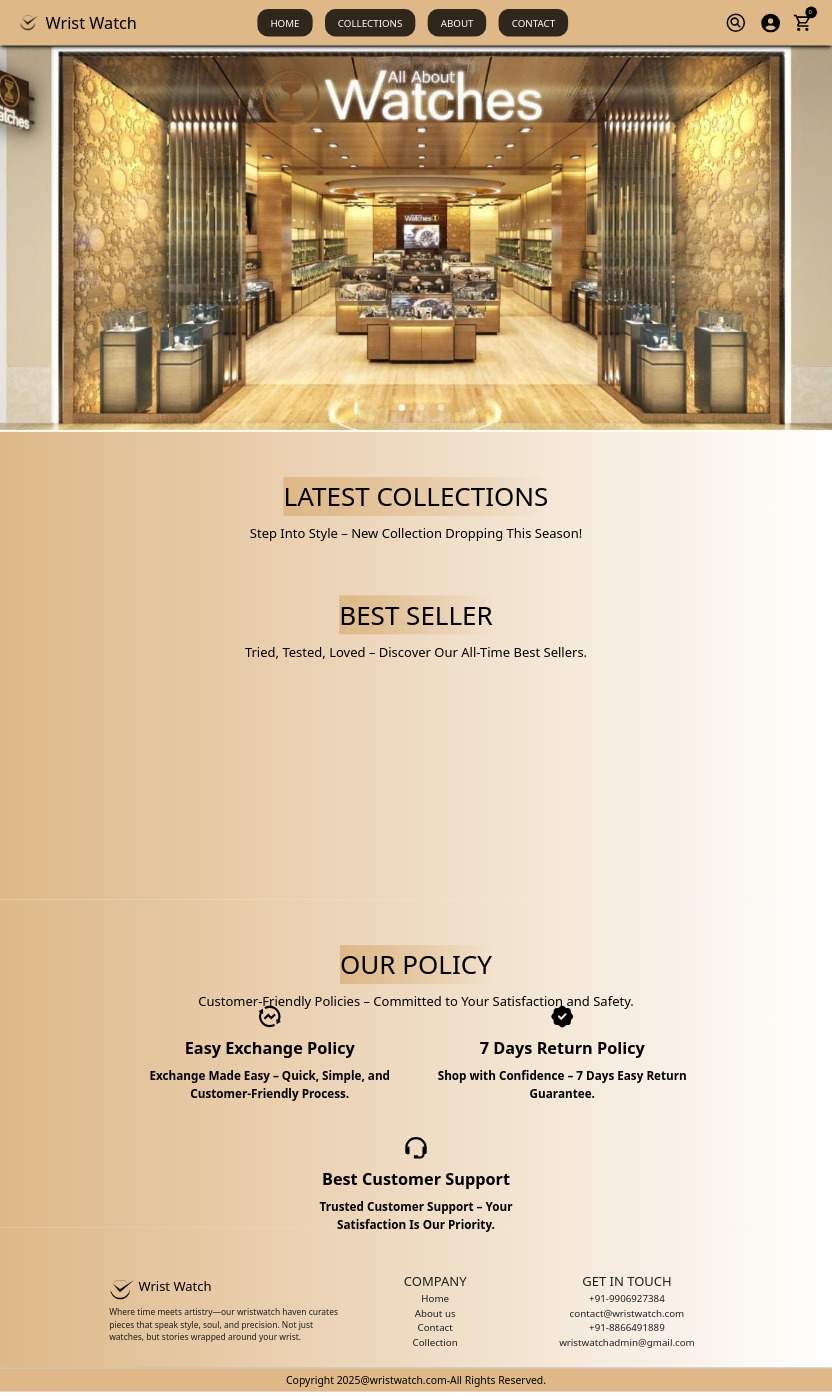
Repository: mansibhanushali/online_watch_ecommerce_mernstack_webapplication
Page: / (app in frontend/)
These files come from the project's save history. The page is drawn as it stood at one moment and after the next save; the edit follows.
The browser window is 1280 px wide. The pictures show the whole page, at 65% of full size.
The page's requests for data from a server got no answer. The project was rebuilt for these pictures with package versions that can differ from the ones it lists, and the page was loaded fresh each time. No one was signed in, and anything a server would have sent is missing. Also part of the build but not shown: frontend/vite.config.js, frontend/src/component/Loading.jsx, frontend/src/pages/Registration.jsx, frontend/src/component/Card.jsx, frontend/src/pages/Login.jsx, frontend/src/pages/About.jsx, frontend/src/pages/Collections.jsx, frontend/src/pages/Contact.jsx and 6 more.

Above is the page before, as saved 2025-08-16 19:44:39.

### frontend/index.html
<!doctype html>
<html lang="en">
  <head>
    <meta charset="UTF-8" />
    <link rel="icon" type="image/svg+xml" href="\logo1.png" />
    <meta name="viewport" content="width=device-width, initial-scale=1.0" />
    <title>Wristwatch</title>
  </head>
  <body>
    <div id="root"></div>
    <script type="module" src="/src/main.jsx"></script>
  </body>
</html>

### frontend/src/main.jsx
// src/main.jsx
import React from 'react';
import { createRoot } from 'react-dom/client';
import { BrowserRouter } from 'react-router-dom';
import './index.css';

import App from './App.jsx';
import AuthContext from './context/authContext.jsx';
import UserContextProvider from './context/UserContext.jsx';
import ShopContext from './context/ShopContext.jsx';

createRoot(document.getElementById('root')).render(
  <React.StrictMode>
    <BrowserRouter>
      <AuthContext>
        <UserContextProvider>
          <ShopContext>
            <App />
          </ShopContext>
        </UserContextProvider>
      </AuthContext>
    </BrowserRouter>
  </React.StrictMode>
);

### frontend/src/index.css
@import "tailwindcss";

body {
  @apply bg-white min-h-screen;
}

### frontend/src/App.jsx
import React, { useContext } from 'react';
import { Navigate, Route, Routes, useLocation } from 'react-router-dom';
import Registration from './pages/Registration';
import Home from './pages/Home';
import Login from './pages/Login';
import Nav from './component/Nav';
import { userDataContext } from './context/UserContext';
import About from './pages/About';
import Collections from './pages/Collections';
import Product from './pages/Product';
import Contact from './pages/Contact';
import ProductDetail from './pages/ProductDetail';
import Cart from './pages/Cart';
import PlaceOrder from './pages/PlaceOrder';
import Order from './pages/Order';
import { ToastContainer } from 'react-toastify';
import NotFound from './pages/NotFound';

function App() {
  const { userData } = useContext(userDataContext);
  const location = useLocation();

  // Protected route wrapper
  const ProtectedRoute = (Component) => {
    return userData ? (
      Component
    ) : (
      <Navigate to="/login" state={{ from: location.pathname }} />
    );
  };

  return (
    <>
      <ToastContainer />
      <Nav />
      <Routes>
        {/* Public Routes */}
        <Route path="/" element={<Home />} />
        <Route path="/about" element={<About />} />
        <Route path="/collection" element={<Collections />} />
        <Route path="/collection/:category" element={<Collections />} />
        <Route path="/product" element={<Product />} />
        <Route path="/contact" element={<Contact />} />

        {/* Auth Routes */}
        <Route
          path="/login"
          element={
            userData ? (
              <Navigate to={location.state?.from || '/'} />
            ) : (
              <Login />
            )
          }
        />
        <Route
          path="/signup"
          element={
            userData ? (
              <Navigate to={location.state?.from || '/'} />
            ) : (
              <Registration />
            )
          }
        />

        {/* Protected Routes */}
        <Route
          path="/productdetail/:productId"
          element={ProtectedRoute(<ProductDetail />)}
        />
        <Route path="/cart" element={ProtectedRoute(<Cart />)} />
        <Route path="/placeorder" element={ProtectedRoute(<PlaceOrder />)} />
        <Route path="/order" element={ProtectedRoute(<Order />)} />

        {/* 404 Fallback */}
        <Route path="*" element={<NotFound />} />
      </Routes>
    </>
  );
}

export default App;

### frontend/src/context/AuthContext.jsx
// src/context/AuthContext.jsx
import React, { createContext, useReducer, useEffect } from "react";
import axios from "axios";

const initialState = {
  user: null,
  token: null,
  isAuthenticated: false,
};

function reducer(state, action) {
  switch (action.type) {
    case "LOGIN":
      return {
        ...state,
        user: action.payload.user,
        token: action.payload.token,
        isAuthenticated: true,
      };
    case "LOGOUT":
      return initialState;
    default:
      return state;
  }
}

export const authDataContext = createContext();

function AuthContext({ children }) {
  const serverUrl = "http://localhost:8000";

  const [state, dispatch] = useReducer(reducer, initialState, () => {
    const token = localStorage.getItem("token");
    const user = localStorage.getItem("user");
    return token && user
      ? { token, user: JSON.parse(user), isAuthenticated: true }
      : initialState;
  });

  // axios defaults setup (runs whenever token changes)
  useEffect(() => {
    axios.defaults.baseURL = serverUrl;
    axios.defaults.withCredentials = true;

    if (state.token) {
      axios.defaults.headers.common["Authorization"] = `Bearer ${state.token}`;
      localStorage.setItem("token", state.token);
      localStorage.setItem("user", JSON.stringify(state.user));
    } else {
      delete axios.defaults.headers.common["Authorization"];
      localStorage.removeItem("token");
      localStorage.removeItem("user");
    }
  }, [state.token, state.user]);

  // Fetch current user from backend
  const fetchCurrentUser = async (token) => {
    try {
      const res = await axios.get("/api/user/getcurrentuser", {
        headers: { Authorization: `Bearer ${token}` }
      });
      return res.data;
    } catch (err) {
      console.error("Fetch current user error:", err.response?.data || err.message);
      return null;
    }
  };

  // Login and fetch user
  const login = async ({ token }) => {
    const user = await fetchCurrentUser(token);
    if (user) {
      dispatch({ type: "LOGIN", payload: { token, user } });
    }
  };

  const logout = () => dispatch({ type: "LOGOUT" });

  // Auto login when page refreshes
  useEffect(() => {
    const autoLogin = async () => {
      if (state.token && !state.user) {
        const user = await fetchCurrentUser(state.token);
        if (user) {
          dispatch({ type: "LOGIN", payload: { token: state.token, user } });
        }
      }
    };
    autoLogin();
  }, []);

  return (
    <authDataContext.Provider value={{ serverUrl, ...state, login, logout }}>
      {children}
    </authDataContext.Provider>
  );
}

export default AuthContext;

### frontend/src/context/UserContext.jsx
// src/context/UserContext.jsx
import React, { createContext, useContext, useEffect, useState } from 'react';
import { authDataContext } from './AuthContext';
import axios from 'axios';

export const userDataContext = createContext();

function UserContextProvider({ children }) {
  const [userData, setUserData] = useState(null);
  const { serverUrl } = useContext(authDataContext);

  const getCurrentUser = async () => {
    try {
      // ✅ Cookie-based request
      const result = await axios.get(`${serverUrl}/api/user/getcurrentuser`, {
        withCredentials: true, // Cookie automatically send होगी
      });

      if (result.data?.success) {
        setUserData(result.data.user);
      } else {
        setUserData(null);
      }
    } catch (error) {
      setUserData(null);
      console.error("getCurrentUser error:", error);
    }
  };

  // 🔹 Page load pe call
  useEffect(() => {
    getCurrentUser();
  }, []);

  return (
    <userDataContext.Provider value={{ userData, setUserData, getCurrentUser }}>
      {children}
    </userDataContext.Provider>
  );
}

export default UserContextProvider;

### frontend/src/context/ShopContext.jsx
import React, { createContext, useContext, useEffect, useState, useCallback } from 'react';
import { authDataContext } from './authContext';
import { userDataContext } from './UserContext';
import axios from 'axios';
import { toast } from 'react-toastify';

export const shopDataContext = createContext();

function ShopContextProvider({ children }) {
  const [products, setProducts] = useState([]);
  const [search, setSearch] = useState('');
  const { userData } = useContext(userDataContext);
  const [showSearch, setShowSearch] = useState(false);
  const { serverUrl } = useContext(authDataContext);
  const [cartItem, setCartItem] = useState({});
  const [loading, setLoading] = useState(false);
  const [token, setToken] = useState(localStorage.getItem("token") || "");

  const currency = '₹';
  const delivery_fee = 40;

  // token sync
  useEffect(() => {
    const savedToken = localStorage.getItem("token");
    if (savedToken) {
      setToken(savedToken);
    }
  }, []);

  // ✅ Get products
  const getProducts = useCallback(async () => {
    if (!serverUrl) return;
    try {
      const result = await axios.get(`${serverUrl}/api/product/list`);
      setProducts(result.data);
    } catch (error) {
      console.error("Get Products Error:", error);
    }
  }, [serverUrl]);

  // ✅ Add to cart
  const addtoCart = async (itemId) => {
    let cartData = structuredClone(cartItem);
    cartData[itemId] = (cartData[itemId] || 0) + 1;
    setCartItem(cartData);

    if (userData && token) {
      setLoading(true);
      try {
        await axios.post(
          `${serverUrl}/api/cart/add`,
          { itemId },
          {
            headers: { Authorization: `Bearer ${token}` },
            withCredentials: true
          }
        );
      } catch (error) {
        console.error(error);
        toast.error("Add Cart Error");
      } finally {
        setLoading(false);
      }
    }
  };

  // ✅ Get user cart
  const getUserCart = useCallback(async () => {
    if (!token || !serverUrl) return;
    try {
      const result = await axios.post(
        `${serverUrl}/api/cart/get`,
        {},
        {
          headers: { Authorization: `Bearer ${token}` },
          withCredentials: true
        }
      );
      setCartItem(result.data || {});
    } catch (error) {
      console.error("Get User Cart Error:", error);
    }
  }, [serverUrl, token]);

  // ✅ Update cart item quantity
  const updateQuantity = async (itemId, quantity) => {
    let cartData = structuredClone(cartItem);
    cartData[itemId] = quantity;
    setCartItem(cartData);

    if (userData && token) {
      try {
        await axios.post(
          `${serverUrl}/api/cart/update`,
          { itemId, quantity },
          {
            headers: { Authorization: `Bearer ${token}` },
            withCredentials: true
          }
        );
      } catch (error) {
        console.error(error);
      }
    }
  };

  // ✅ Total cart items count
  const getCartCount = () => {
    return Object.values(cartItem).reduce((acc, qty) => acc + qty, 0);
  };

  // ✅ Total cart amount
  const getCartAmount = () => {
    let totalAmount = 0;
    for (const itemId in cartItem) {
      let itemInfo = products.find((product) => product._id === itemId);
      if (itemInfo && cartItem[itemId] > 0) {
        totalAmount += itemInfo.price * cartItem[itemId];
      }
    }
    return totalAmount;
  };

  // Fetch products and cart
  useEffect(() => {
    getProducts();
  }, [getProducts]);

  useEffect(() => {
    getUserCart();
  }, [getUserCart]);

  let value = {
    products,
    currency,
    delivery_fee,
    getProducts,
    search,
    setSearch,
    showSearch,
    setShowSearch,
    cartItem,
    addtoCart,
    getCartCount,
    setCartItem,
    updateQuantity,
    getCartAmount,
    loading,
    serverUrl,
    setToken,
    token
  };

  return (
    <shopDataContext.Provider value={value}>
      {children}
    </shopDataContext.Provider>
  );
}

export default ShopContextProvider;

### frontend/src/pages/Home.jsx
import React, { useState, useEffect } from 'react'
import Backgound from '../component/Backgound'
import Product from './Product'
import OurPolicy from '../component/OurPolicy'
import Footer from '../component/Footer'

function Home() {
  let [heroCount, setHeroCount] = useState(0)

  useEffect(() => {
    let interval = setInterval(() => {
      setHeroCount(prevCount => (prevCount === 3 ? 0 : prevCount + 1))
    }, 3000)
    return () => clearInterval(interval)
  }, [])

  return (
    <div className="overflow-x-hidden relative top-[70px]">
      <div className="w-[100vw] lg:h-[55vh] md:h-[50vh] sm:h-[30vh] bg-gradient-to-l from-[burlwood] to-[burlywood]">
        <Backgound heroCount={heroCount} />
      </div>
      <Product />
      <OurPolicy />
      <Footer />
    </div>
  )
}

export default Home

### frontend/src/pages/Product.jsx
import React from 'react'
import LatestCollection from '../component/LatestCollection'
import BestSeller from '../component/BestSeller'

function Product() {
  return (
    <div className='w-[100vw] min-h-[100vh] bg-gradient-to-l from-[burlwood] to-[burlywood] flex items-center justify-start flex-col py-[20px]'>

        <div className='w-[100%] min-h-[70px] flex items-center justify-center gap-[10px]  flex-col '>
            <LatestCollection/>
        </div>
        <div className='w-[100%] min-h-[70px] flex items-center justify-center gap-[10px]  flex-col '>
            <BestSeller/>
        </div>

    </div>
  )
}

export default Product

### frontend/src/component/Backgound.jsx
import React from 'react'
import back1 from "../assets/back1.jpg"

function Background() {
  return (
    <img
      src={back1}
      alt="background"
      className="w-[100%] h-[150%] float-left overflow-auto object-cover"
    />
  )
}

export default Background

### frontend/src/component/OurPolicy.jsx
import React from 'react'
import Title from './Title'
import { RiExchangeFundsLine } from "react-icons/ri";
import { TbRosetteDiscountCheckFilled } from "react-icons/tb";
import { BiSupport } from "react-icons/bi";

function OurPolicy() {
  return (
    <div className='w-[100vw] h-[100vh] md:h-[70vh] flex items-center justify-start flex-col  bg-gradient-to-l from-[burlwood] to-[burlywood] gap-[50px] '>
        <div className='h-[8%] w-[100%] text-center mt-[70px] '>
            <Title text1={<span className='text-[black]'>OUR</span>} text2={<span className='text-[black]'>POLICY</span>}/>
            <p className='w-[100%] m-auto text-[13px] md:text-[20px] px-[10px] text-black '>Customer-Friendly Policies – Committed to Your Satisfaction and Safety.</p>
        </div>
      <div className='w-[100%] md:min-h-[50%] h-[20%] flex items-center justify-center flex-wrap lg:gap-[50px] gap-[80px]'>
        <div className='w-[400px] max-w-[90%] h-[60%] flex items-center justify-center flex-col gap-[10px] '>
        <RiExchangeFundsLine  className='md:w-[60px] w-[30px] h-[30px] md:h-[60px] text-[black]'/>
        <p className='font-semibold md:text-[25px] text-[19px] text-[black]'>Easy Exchange Policy</p>
        <p className='font-semibold md:text-[18px] text-[12px] text-[black] text-center'>Exchange Made Easy – Quick, Simple, and Customer-Friendly Process.</p>

        </div>
        <div className='w-[400px] max-w-[90%] h-[60%] flex items-center justify-center flex-col gap-[10px] '>
        <TbRosetteDiscountCheckFilled  className='md:w-[60px] w-[30px] h-[30px] md:h-[60px] text-[black]'/>
        <p className='font-semibold md:text-[25px] text-[19px] text-[black]'>7 Days Return Policy</p>
        <p className='font-semibold md:text-[18px] text-[12px] text-[black] text-center'>Shop with Confidence – 7 Days Easy Return Guarantee.</p>

        </div>
        <div className='w-[400px] max-w-[90%] h-[60%] flex items-center justify-center flex-col gap-[10px] '>
        <BiSupport  className='md:w-[60px] w-[30px] h-[30px] md:h-[60px] text-[black]'/>
        <p className='font-semibold md:text-[25px] text-[19px] text-[black]'>Best Customer Support</p>
        <p className='font-semibold md:text-[18px] text-[12px] text-[black] text-center'>Trusted Customer Support – Your Satisfaction Is Our Priority.</p>

        </div>
      </div>
    </div>
  )
}

export default OurPolicy

### frontend/src/component/Footer.jsx
import React from 'react'
import logo from "../assets/logo.png"
function Footer() {
  return (
    <div className='w-[100%] md:h-[36vh] h-[21vh] mb-[77px] md:mb-[0px]'>
        <div className='w-[100%] md:h-[30vh] h-[15vh]  md:mb-[0px] bg-gradient-to-l from-[burlwood] to-[burlywood] flex items-center justify-center md:px-[50px] px-[5px]'>
            <div className='md:w-[30%] w-[35%] h-[100%] flex items-start justify-center flex-col gap-[5px]  '>
                <div className='flex items-start justify-start gap-[5px] mt-[10px] md:mt-[40px]'>
                    <img src={logo} alt=""  className='md:w-[40px] md:h-[40px] w-[30px] h-[30px]'/>
                    <p className='text-[19px] md:text-[20px] text-[black] '>Wrist Watch</p>

                </div>
                <p className='text-[13px] text-[#1e2223] hidden md:block'>Where time meets artistry—our wristwatch haven curates pieces that speak style, soul, and precision. Not just watches, but stories wrapped around your wrist.</p>
                    <p className='text-[15px] text-[#1e2223] flex md:hidden'>Fast Easy Reliable</p>


            </div>
            <div className='md:w-[25%] w-[30%] h-[100%] flex items-center justify-center flex-col text-center'>
                    <div className='flex items-center justify-center gap-[5px] mt-[10px] md:mt-[40px]'>
                        <p className='text-[19px] md:text-[20px] text-[#1e2223] font-sans '>COMPANY</p>

                    </div>
                    <ul>
                         <li className='text-[15px] text-[#1e2223] hidden md:block cursor-pointer'>Home</li>
                        <li className='text-[15px] text-[#1e2223] cursor-pointer '>About us</li>
                        <li className='text-[15px] text-[#1e2223] cursor-pointer '>Contact</li>
                        <li className='text-[15px] text-[#1e2223] cursor-pointer '>Collection</li>
                    </ul>
                </div>

                <div className='md:w-[25%] w-[40%]  h-[100%] flex items-center justify-center flex-col text-center '>
                     <div className='flex items-center justify-center gap-[5px] mt-[10px] md:mt-[40px]'>
                        <p className='text-[19px] md:text-[20px] text-[#1e2223] font-sans '>GET IN TOUCH</p>

                    </div>
                     <ul>
                         <li className='text-[15px] text-[#1e2223] '>+91-9906927384</li>
                        <li className='text-[15px] text-[#1e2223] '>contact@wristwatch.com</li>
                        <li className='text-[15px] text-[#1e2223] hidden md:block'>+91-8866491889</li>
                        <li className='text-[15px] text-[#1e2223] hidden md:block'>wristwatchadmin@gmail.com</li>
                    </ul>
                </div>

        </div>
        <div className='w-[100%] h-[1px] bg-slate-400'></div>
        <div className='w-[100%] h-[5vh] bg-[burlywood] flex items-center justify-center'>Copyright 2025@wristwatch.com-All Rights Reserved.</div>

    </div>
  )
}

export default Footer

### frontend/src/component/Title.jsx
import React from 'react'

function Title({text1 ,text2}) {
  return (
    <div className='inline-flex gap-2 items-center text-center mb-3 text-[35px] md:text-[40px] bg-gradient-to-l from-[burlwood] to-[burlywood]'>
        <p className='text-black'>{text1} <span className='text-[black] '>{text2}</span></p>

    </div>
  )
}

export default Title

### frontend/src/component/LatestCollection.jsx
import React, { useContext, useEffect, useState } from 'react'
import Title from './Title'
import { shopDataContext } from '../context/ShopContext'
import Card from './Card'

function LatestCollection() {
    let {products} = useContext(shopDataContext)
    let [latestProducts,setLatestProducts] = useState([])

    useEffect(()=>{
    setLatestProducts(products.slice(0,8));
    },[products])

  return (
    <div>
      <div className='h-[8%] w-[100%] text-center md:mt-[50px] '>
        <Title text1={<span className='text-black'>LATEST</span>} text2={<span className='text-black'>COLLECTIONS</span>}/>
        <p className='w-[100%] m-auto text-[13px] md:text-[20px] px-[10px] text-black '>Step Into Style – New Collection Dropping This Season!</p>
      </div>
      <div className='w-[100%] h-[50%] mt-[30px] flex items-center justify-center flex-wrap gap-[50px]'>
        {
            latestProducts.map((item,index)=>(
                <Card key={index} name={item.name} image={item.image} id={item._id} price={item.price}/>
            ))
        }

        </div>
    </div>
  )
}

export default LatestCollection

### frontend/src/component/BestSeller.jsx
import React, { useContext, useEffect, useState } from 'react';
import Title from './Title';
import { shopDataContext } from '../context/ShopContext';
import Card from './Card';

function BestSeller() {
  let { products, serverUrl } = useContext(shopDataContext);
  let [bestSeller, setBestSeller] = useState([]);

  useEffect(() => {
    let filterProduct = products.filter((item) => item.bestseller);
    setBestSeller(filterProduct.slice(0, 4));
  }, [products]);

  // Function to build correct image URL
  const getImageUrl = (img) => {
    if (!img) return "https://via.placeholder.com/300x300?text=No+Image"; // fallback
    return img.startsWith("http") ? img : `${serverUrl}/uploads/${img}`;
  };

  return (
    <div>
      <div className="h-[8%] w-[100%] text-center mt-[50px]">
        <Title text1={<span className='text-black'>BEST</span>} text2={<span className='text-black'>SELLER</span>} />
        <p className="w-[100%] m-auto text-[13px] md:text-[20px] px-[10px] text-black">
          Tried, Tested, Loved – Discover Our All-Time Best Sellers.
        </p>
      </div>

      <div className="w-[100%] h-[50%] mt-[30px] flex items-center justify-center flex-wrap gap-[50px]">
        {bestSeller.map((item, index) => (
          <Card
            key={index}
            name={item.name}
            id={item._id}
            price={item.price}
            image={getImageUrl(item.image)}
          />
        ))}
      </div>
    </div>
  );
}

export default BestSeller;

Loaded but not shown: frontend/src/component/Nav.jsx (139 lines, source omitted)

After the next save:
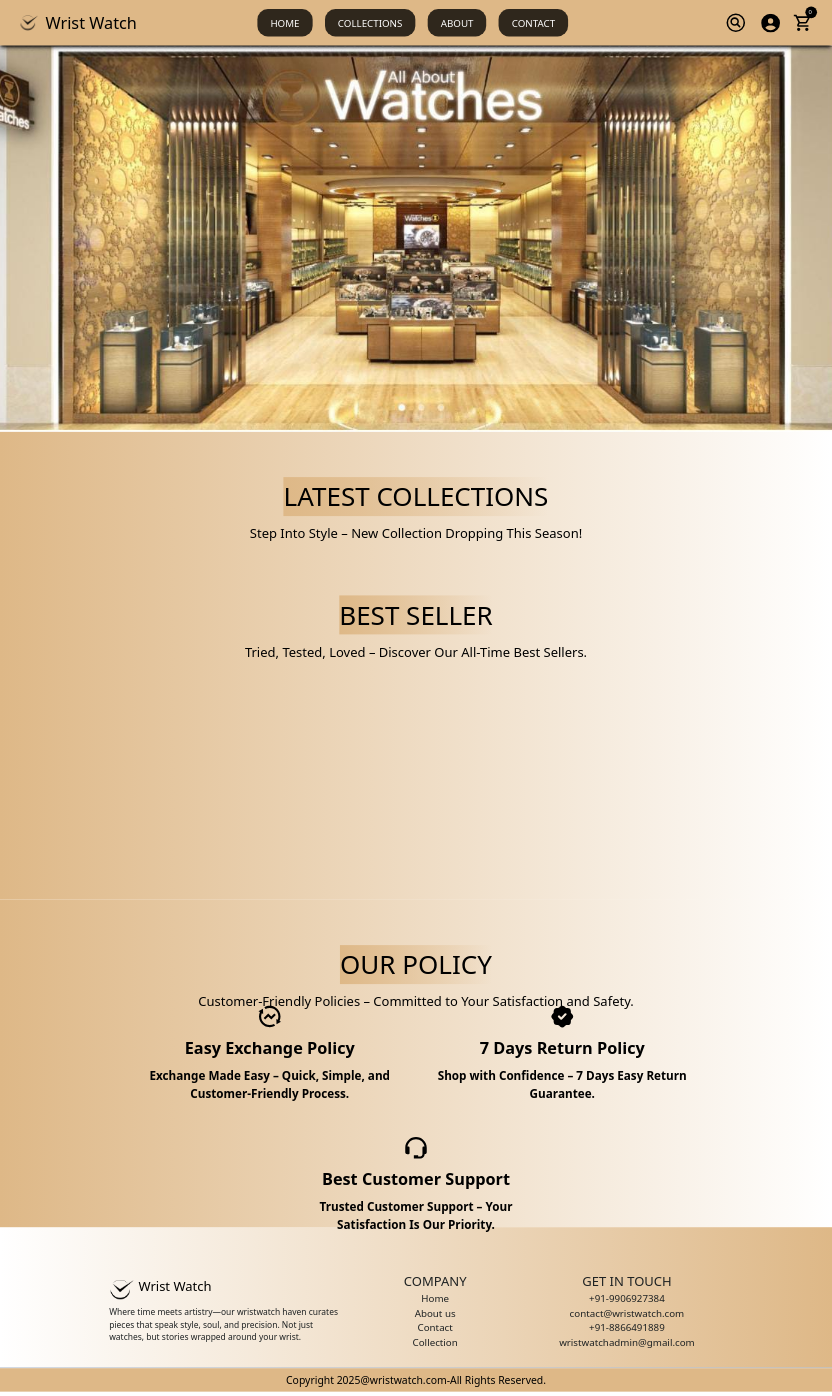
Saved 16 s later.
--- a/frontend/src/component/Footer.jsx
+++ b/frontend/src/component/Footer.jsx
@@ -3,7 +3,7 @@ import logo from "../assets/logo.png"
 function Footer() {
   return (
     <div className='w-[100%] md:h-[36vh] h-[21vh] mb-[77px] md:mb-[0px]'>
-        <div className='w-[100%] md:h-[30vh] h-[15vh]  md:mb-[0px] bg-gradient-to-l from-[burlwood] to-[burlywood] flex items-center justify-center md:px-[50px] px-[5px]'>
+        <div className='w-[100%] md:h-[30vh] h-[15vh]  md:mb-[0px] bg-gradient-to-l from-[burlywood] flex items-center justify-center md:px-[50px] px-[5px]'>
             <div className='md:w-[30%] w-[35%] h-[100%] flex items-start justify-center flex-col gap-[5px]  '>
                 <div className='flex items-start justify-start gap-[5px] mt-[10px] md:mt-[40px]'>
                     <img src={logo} alt=""  className='md:w-[40px] md:h-[40px] w-[30px] h-[30px]'/>
